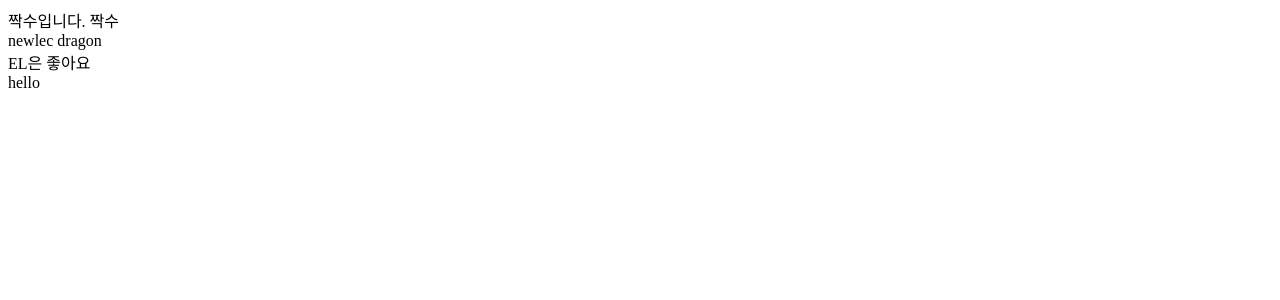
Repository: soyamilk0705/spring-newlecture
Page: http://localhost/JSPPrj/spag
An editor plug-in stored every save of this project. The page is shown before and after the next save, followed by the edit.
The browser window is 1280 px wide. The pictures show the whole page.
The page is served by Tomcat 9.

Above is the page before, as saved 2024-01-18 13:23:29.

After the next save:
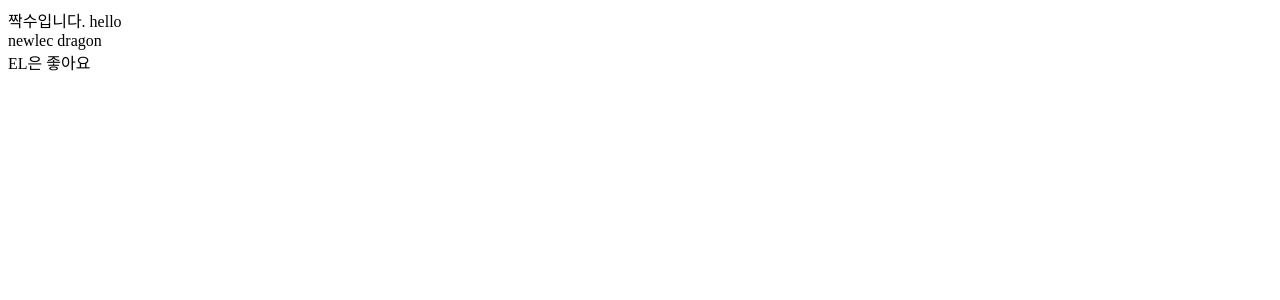
Saved 3 min 27 s later.
--- a/ServeltAndJsp/JSPPrj/WebContent/spag.jsp
+++ b/ServeltAndJsp/JSPPrj/WebContent/spag.jsp
@@ -7,7 +7,7 @@
 <title>Insert title here</title>
 </head>
 <%
-pageContext.setAttribute("aa", "hello");
+pageContext.setAttribute("result", "hello");
 %>
 <body>
 	<%=request.getAttribute("result") %>입니다.
